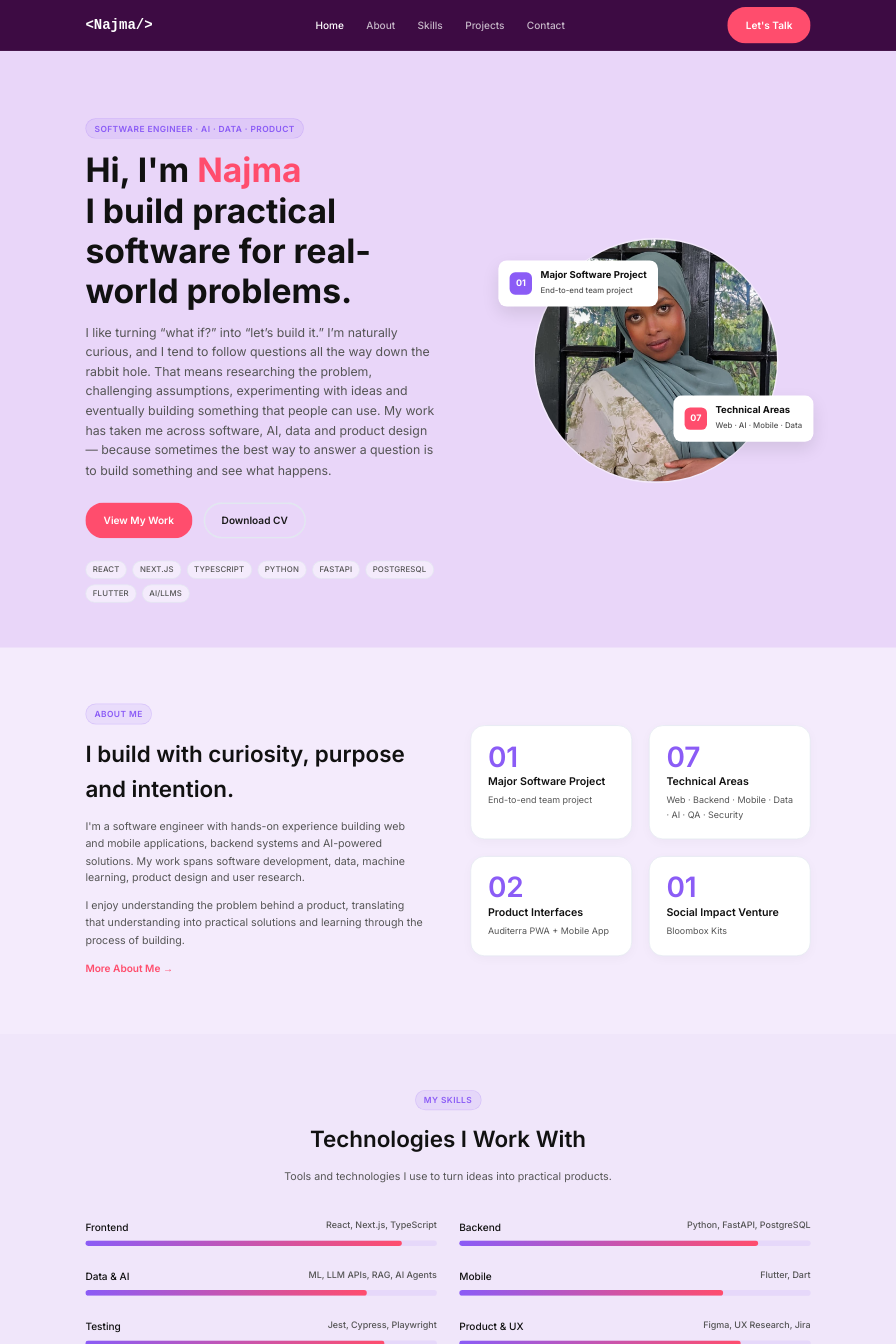
Repository: najmahares/portfolio
Page: index.html
The author's editor kept a copy of each file at every save. The page is drawn from the files as they stood at one save, then again after the next save.
The browser window is 1280 px wide. The pictures show the part of the page from y = 0 to 1920 px (the page is 3413 px tall before and 3441 px after), at 70% of full size.

Above is the page before, as saved 2026-09-19 06:17:16.

### index.html
<!doctype html>
<html lang="en">
  <head>
    <meta charset="UTF-8" />
    <meta name="viewport" content="width=device-width, initial-scale=1.0" />
    <title>Najma Hares | Software Engineer</title>
    <link rel="preconnect" href="https://fonts.googleapis.com" />
    <link rel="preconnect" href="https://fonts.gstatic.com" crossorigin />
    <link
      href="https://fonts.googleapis.com/css2?family=Inter:wght@300;400;500;600;700&display=swap"
      rel="stylesheet"
    />
    <link rel="stylesheet" href="css/style.css" />
  </head>
  <body>
    <!-- Navbar -->
    <nav class="navbar">
      <div class="container nav-container">
        <a href="index.html" class="logo">&lt;Najma/&gt;</a>
        <div class="nav-links">
          <a href="index.html" class="active">Home</a>
          <a href="#about">About</a>
          <a href="#skills">Skills</a>
          <a href="#projects">Projects</a>
          <a href="#contact">Contact</a>
        </div>
        <a href="mailto:haresnajma@gmail.com" class="btn btn-primary magnetic"
          >Let's Talk</a
        >
      </div>
    </nav>

    <!-- Hero Section -->
    <section class="hero">
      <div class="container hero-grid">
        <div class="hero-content">
          <span class="badge reveal"
            >SOFTWARE ENGINEER · AI · DATA · PRODUCT</span
          >
          <h1 class="reveal">
            Hi, I'm <span class="text-accent">Najma</span><br />I build
            practical software for real-world problems.
          </h1>
          <p class="hero-desc reveal">
            I like turning “what if?” into “let’s build it.” I’m naturally
            curious, and I tend to follow questions all the way down the rabbit
            hole. That means researching the problem, challenging assumptions,
            experimenting with ideas and eventually building something that
            people can use. My work has taken me across software, AI, data and
            product design — because sometimes the best way to answer a question
            is to build something and see what happens.
          </p>
          <div class="hero-buttons reveal">
            <a href="#projects" class="btn btn-primary magnetic"
              >View My Work</a
            >
            <a href="#" class="btn btn-outline magnetic">Download CV</a>
          </div>
          <div class="tech-stack reveal">
            <span class="badge-sm">React</span>
            <span class="badge-sm">Next.js</span>
            <span class="badge-sm">TypeScript</span>
            <span class="badge-sm">Python</span>
            <span class="badge-sm">FastAPI</span>
            <span class="badge-sm">PostgreSQL</span>
            <span class="badge-sm">Flutter</span>
            <span class="badge-sm">AI/LLMs</span>
          </div>
        </div>
        <div class="hero-image-wrapper reveal">
          <div class="avatar-graphic tilt-card">
            <img
              src="assets/portfolio_image.jpg"
              alt="Najma Hares"
              class="hero-img"
            />
            <div class="floating-stat float-1">
              <div class="stat-icon bg-purple">01</div>
              <div>
                <strong>Major Software Project</strong>
                <span>End-to-end team project</span>
              </div>
            </div>
            <div class="floating-stat float-2">
              <div class="stat-icon bg-pink">07</div>
              <div>
                <strong>Technical Areas</strong>
                <span>Web · AI · Mobile · Data</span>
              </div>
            </div>
          </div>
        </div>
      </div>
    </section>

    <!-- About & Stats -->
    <section id="about" class="section">
      <div class="container about-grid">
        <div class="about-text reveal">
          <span class="badge">ABOUT ME</span>
          <h2>I build with curiosity, purpose and intention.</h2>
          <p>
            I'm a software engineer with hands-on experience building web and
            mobile applications, backend systems and AI-powered solutions. My
            work spans software development, data, machine learning, product
            design and user research.
          </p>
          <p>
            I enjoy understanding the problem behind a product, translating that
            understanding into practical solutions and learning through the
            process of building.
          </p>
          <a href="#" class="link-arrow">More About Me →</a>
        </div>
        <div class="stats-grid">
          <div class="card stat-card reveal tilt-card">
            <h3>01</h3>
            <p>Major Software Project</p>
            <span class="stat-sub">End-to-end team project</span>
          </div>
          <div class="card stat-card reveal tilt-card">
            <h3>07</h3>
            <p>Technical Areas</p>
            <span class="stat-sub"
              >Web · Backend · Mobile · Data · AI · QA · Security</span
            >
          </div>
          <div class="card stat-card reveal tilt-card">
            <h3>02</h3>
            <p>Product Interfaces</p>
            <span class="stat-sub">Auditerra PWA + Mobile App</span>
          </div>
          <div class="card stat-card reveal tilt-card">
            <h3>01</h3>
            <p>Social Impact Venture</p>
            <span class="stat-sub">Bloombox Kits</span>
          </div>
        </div>
      </div>
    </section>

    <!-- Skills -->
    <section id="skills" class="section bg-alt">
      <div class="container">
        <div class="section-header reveal">
          <span class="badge">MY SKILLS</span>
          <h2>Technologies I Work With</h2>
          <p>
            Tools and technologies I use to turn ideas into practical products.
          </p>
        </div>
        <div class="skills-grid">
          <div class="skill-item reveal">
            <div class="skill-info">
              <span>Frontend</span><span>React, Next.js, TypeScript</span>
            </div>
            <div class="progress-bar">
              <div class="progress" style="width: 90%"></div>
            </div>
          </div>
          <div class="skill-item reveal">
            <div class="skill-info">
              <span>Backend</span><span>Python, FastAPI, PostgreSQL</span>
            </div>
            <div class="progress-bar">
              <div class="progress" style="width: 85%"></div>
            </div>
          </div>
          <div class="skill-item reveal">
            <div class="skill-info">
              <span>Data & AI</span><span>ML, LLM APIs, RAG, AI Agents</span>
            </div>
            <div class="progress-bar">
              <div class="progress" style="width: 80%"></div>
            </div>
          </div>
          <div class="skill-item reveal">
            <div class="skill-info">
              <span>Mobile</span><span>Flutter, Dart</span>
            </div>
            <div class="progress-bar">
              <div class="progress" style="width: 75%"></div>
            </div>
          </div>
          <div class="skill-item reveal">
            <div class="skill-info">
              <span>Testing</span><span>Jest, Cypress, Playwright</span>
            </div>
            <div class="progress-bar">
              <div class="progress" style="width: 85%"></div>
            </div>
          </div>
          <div class="skill-item reveal">
            <div class="skill-info">
              <span>Product & UX</span><span>Figma, UX Research, Jira</span>
            </div>
            <div class="progress-bar">
              <div class="progress" style="width: 80%"></div>
            </div>
          </div>
        </div>
      </div>
    </section>

    <!-- Recent Work -->
    <section id="projects" class="section">
      <div class="container">
        <div class="section-header reveal">
          <span class="badge">FEATURED PROJECT</span>
          <h2>Some of My Recent Work</h2>
          <p>A selection of projects I've built recently.</p>
        </div>
        <div class="projects-grid">
          <!-- Project 1: Wrapped in <a> tag -->
          <a href="project.html" class="card project-card reveal tilt-card">
            <div class="project-img placeholder-1"></div>
            <div class="project-info">
              <span class="badge-sm">FEATURED PROJECT</span>
              <h3>Auditerra</h3>
              <p class="project-subtitle">
                Land Restoration Monitoring Platform
              </p>
              <p class="project-desc">
                A two-interface platform connecting field experts with
                smallholder farmers.
              </p>
              <div class="project-tags">
                <span class="badge-sm">React</span>
                <span class="badge-sm">Flutter</span>
                <span class="badge-sm">Gemini</span>
              </div>
            </div>
          </a>
          <!-- Project 2 -->
          <a href="project.html" class="card project-card reveal tilt-card">
            <div class="project-img placeholder-2"></div>
            <div class="project-info">
              <span class="badge-sm">SOCIAL IMPACT PROJECT</span>
              <h3>Bloombox Kits</h3>
              <p class="project-subtitle">Portable Beauty-Kit Venture</p>
              <p class="project-desc">
                A portable beauty-kit venture supporting girls' education.
              </p>
              <div class="project-tags">
                <span class="badge-sm">Entrepreneurship</span>
                <span class="badge-sm">Social Impact</span>
              </div>
            </div>
          </a>
          <!-- Project 3 -->
          <a href="project.html" class="card project-card reveal tilt-card">
            <div class="project-img placeholder-3"></div>
            <div class="project-info">
              <span class="badge-sm">DATA & MACHINE LEARNING</span>
              <h3>Machine Learning Project</h3>
              <p class="project-subtitle">[Actual Project Name]</p>
              <p class="project-desc">
                A machine-learning project focused on solving real-world data
                problems.
              </p>
              <div class="project-tags">
                <span class="badge-sm">Python</span>
                <span class="badge-sm">ML</span>
              </div>
            </div>
          </a>
        </div>
      </div>
    </section>

    <!-- Footer -->
    <footer id="contact" class="footer">
      <div class="container footer-grid">
        <div class="footer-cta reveal">
          <span class="badge">LET'S WORK TOGETHER</span>
          <h2>Have an idea worth building?</h2>
          <p>
            I'm always interested in learning, building and working on problems
            where technology can create meaningful value.
          </p>
          <a href="mailto:haresnajma@gmail.com" class="btn btn-primary magnetic"
            >Let's Talk</a
          >
        </div>
        <div class="footer-info reveal">
          <div class="card personal-card">
            <span class="badge-sm">CURRENTLY</span>
            <h3>Building & learning</h3>
            <p><strong>Najma Hares</strong><br />Software Engineer</p>
            <div class="personal-focus">
              <span>Software Engineering</span>
              <span>AI & Data</span>
              <span>Product Development</span>
            </div>
          </div>
          <div class="social-links">
            <h4>Follow Me</h4>
            <a href="#">GitHub</a>
            <a href="#">LinkedIn</a>
            <a href="mailto:haresnajma@gmail.com">haresnajma@gmail.com</a>
          </div>
        </div>
      </div>
      <div class="container footer-bottom">
        <p>&copy; 2026 Najma Hares Muhumed. All rights reserved.</p>
        <p>Made with ❤️ by Najma</p>
      </div>
    </footer>

    <script src="js/main.js"></script>
  </body>
</html>

Loaded but not shown: js/main.js (72 lines, source omitted); css/style.css (679 lines, source omitted)

After the next save:
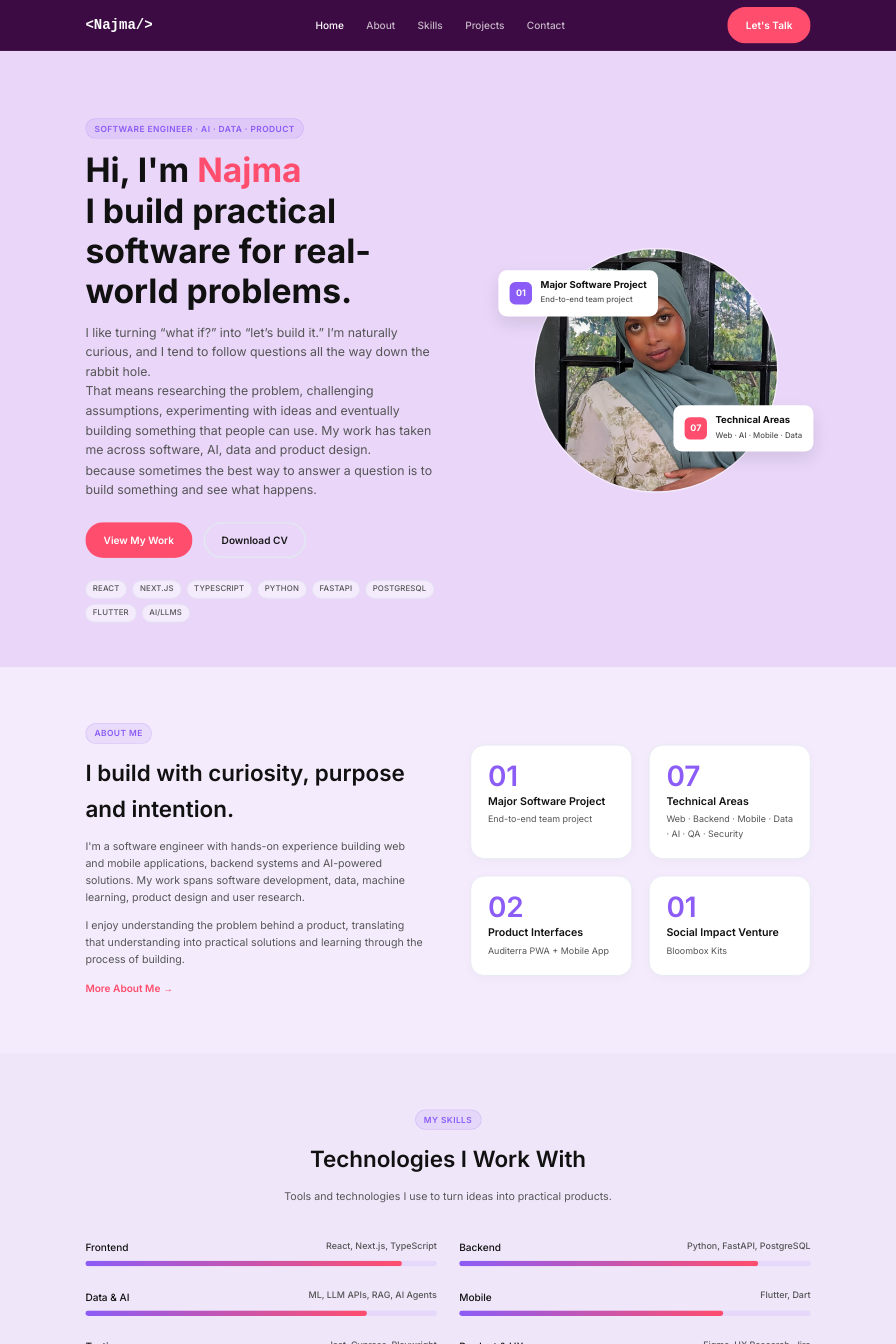
Saved 45 s later.
--- a/index.html
+++ b/index.html
@@ -44,10 +44,13 @@
           <p class="hero-desc reveal">
             I like turning “what if?” into “let’s build it.” I’m naturally
             curious, and I tend to follow questions all the way down the rabbit
-            hole. That means researching the problem, challenging assumptions,
+            hole. <br>
+            That means researching the problem, challenging assumptions,
             experimenting with ideas and eventually building something that
             people can use. My work has taken me across software, AI, data and
-            product design — because sometimes the best way to answer a question
+            product design.
+          </br>
+             because sometimes the best way to answer a question
             is to build something and see what happens.
           </p>
           <div class="hero-buttons reveal">
